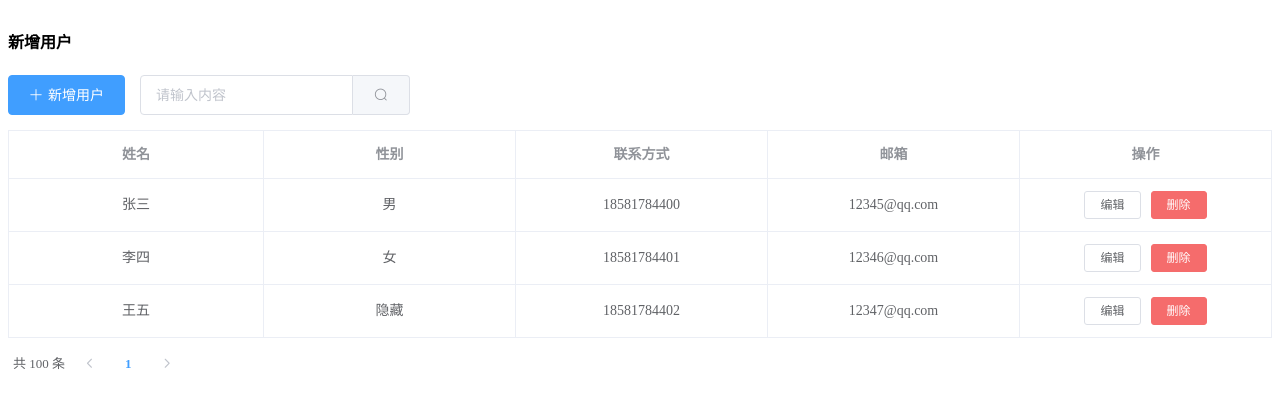
Repository: xinwuhao/New-user
Page: /
An editor plug-in stored every save of this project. The page is shown before and after the next save, followed by the edit.
The browser window is 1280 px wide. The pictures show the whole page.
The project was rebuilt for these pictures with package versions that can differ from the ones it lists, and the page was loaded fresh each time.

Above is the page before, as saved 2021-12-21 17:17:08.

After the next save:
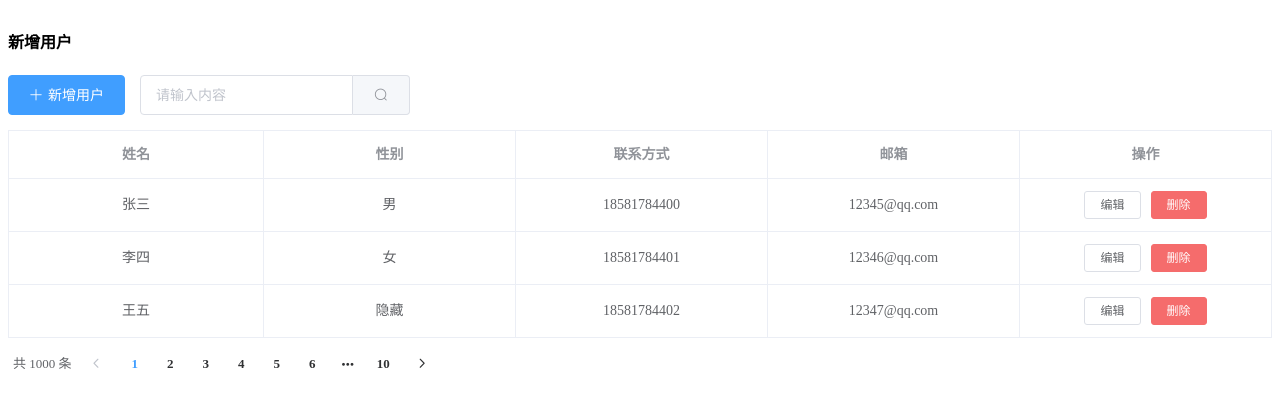
Saved 11 s later.
--- a/src/views/Home.vue
+++ b/src/views/Home.vue
@@ -55,7 +55,7 @@
             :current-page.sync="currentPage1"
             :page-size="100"
             layout="total, prev, pager, next"
-            :total="100"
+            :total="1000"
           >
           </el-pagination>
         </div>
@@ -243,10 +243,10 @@ export default {
     },
 
     handleSizeChange(val) {
-      console.log(`每页 ${val} 条`, 111);
+      console.log(`每页 ${val} 条`,111);
     },
     handleCurrentChange(val) {
-      console.log(`当前页: ${val}`, 222);
+      console.log(`当前页: ${val}`,222);
     },
   },
   mounted() {
